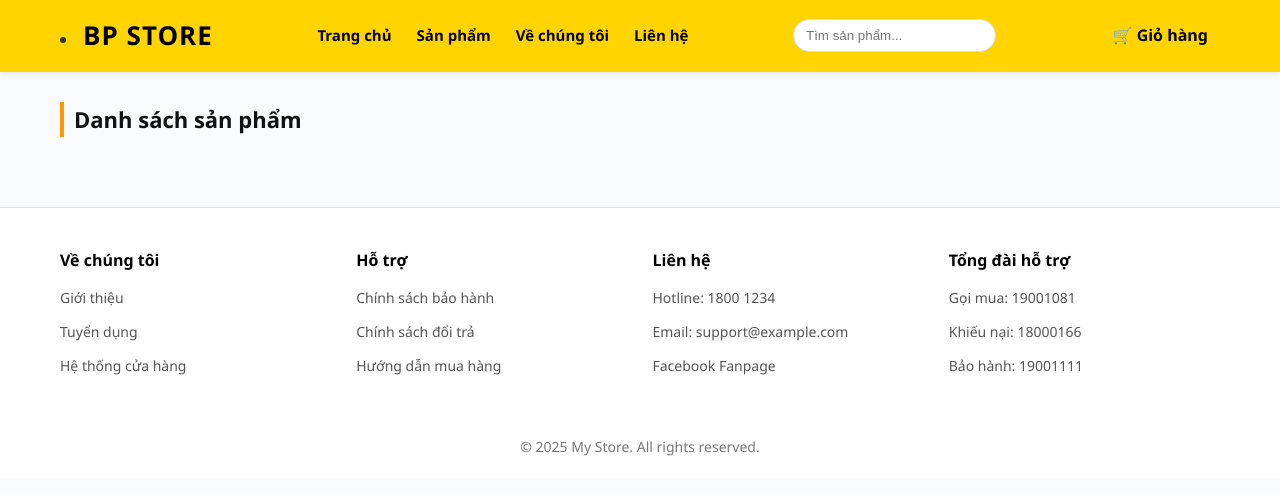
Repository: binhphanbp/WEB2064_JavaScript-Advanced_WD20305
Page: lesson/lesson7/Lab2.1/products.html
The author's editor kept a copy of each file at every save. The page is drawn from the files as they stood at one save, then again after the next save.
The browser window is 1280 px wide. The pictures show the whole page.
The page's requests for data from a server got no answer.

Above is the page before, as saved 2025-10-01 12:44:52.

### lesson/lesson7/Lab2.1/products.html
<!DOCTYPE html>
<html lang="vi">
  <head>
    <meta charset="UTF-8" />
    <meta name="viewport" content="width=device-width, initial-scale=1.0" />
    <title>Tất cả sản phẩm - My Store</title>
    <link rel="stylesheet" href="style.css" />
  </head>
  <body>
    <!-- Header -->
    <header>
      <div class="container">
        <li class="logo"><a href="index.html">BP Store</a></li>
        <nav>
          <ul>
            <li><a href="index.html">Trang chủ</a></li>
            <li><a href="products.html">Sản phẩm</a></li>
            <li><a href="#">Về chúng tôi</a></li>
            <li><a href="#">Liên hệ</a></li>
          </ul>
        </nav>
        <div class="search-box">
          <input type="text" placeholder="Tìm sản phẩm..." />
        </div>
        <div class="cart">🛒 Giỏ hàng</div>
      </div>
    </header>

    <!-- Danh sách sản phẩm -->
    <section class="container">
      <h2>Danh sách sản phẩm</h2>
      <div id="all-product" class="products">
        <!-- JS sẽ render các product card -->
      </div>
    </section>

    <!-- Footer -->
    <footer>
      <div class="container">
        <div>
          <h4>Về chúng tôi</h4>
          <ul>
            <li><a href="#">Giới thiệu</a></li>
            <li><a href="#">Tuyển dụng</a></li>
            <li><a href="#">Hệ thống cửa hàng</a></li>
          </ul>
        </div>
        <div>
          <h4>Hỗ trợ</h4>
          <ul>
            <li><a href="#">Chính sách bảo hành</a></li>
            <li><a href="#">Chính sách đổi trả</a></li>
            <li><a href="#">Hướng dẫn mua hàng</a></li>
          </ul>
        </div>
        <div>
          <h4>Liên hệ</h4>
          <ul>
            <li><a href="#">Hotline: 1800 1234</a></li>
            <li><a href="#">Email: support@example.com</a></li>
            <li><a href="#">Facebook Fanpage</a></li>
          </ul>
        </div>
        <div>
          <h4>Tổng đài hỗ trợ</h4>
          <ul>
            <li><a href="#">Gọi mua: 19001081</a></li>
            <li><a href="#">Khiếu nại: 18000166</a></li>
            <li><a href="#">Bảo hành: 19001111</a></li>
          </ul>
        </div>
        <div class="copyright">© 2025 My Store. All rights reserved.</div>
      </div>
    </footer>

    <script src="main.js"></script>
  </body>
</html>

### lesson/lesson7/Lab2.1/style.css
/* Reset & base */
* {
  margin: 0;
  padding: 0;
  box-sizing: border-box;
}

body {
  font-family: 'Segoe UI', Tahoma, Geneva, Verdana, sans-serif;
  background: #f9fafb;
  color: #333;
  line-height: 1.6;
}

/* Container */
.container {
  max-width: 1200px;
  margin: 0 auto;
  padding: 0 20px;
}

/* Header */
header {
  background: #ffd400;
  padding: 15px 0;
  position: sticky;
  top: 0;
  z-index: 1000;
  box-shadow: 0 2px 6px rgba(0, 0, 0, 0.08);
}

header .container {
  display: flex;
  justify-content: space-between;
  align-items: center;
  flex-wrap: wrap;
}

.logo a {
  text-decoration: none;
  list-style: none;
  font-size: 26px;
  font-weight: bold;
  color: #000;
  text-transform: uppercase;
  letter-spacing: 1px;
}

nav ul {
  list-style: none;
  display: flex;
  gap: 25px;
}

nav ul li a {
  text-decoration: none;
  color: #000;
  font-weight: 600;
  font-size: 15px;
  transition: color 0.3s;
}

nav ul li a:hover {
  color: #e67e22;
}

.search-box input {
  padding: 8px 12px;
  border: 1px solid #ddd;
  border-radius: 25px;
  outline: none;
  transition: all 0.3s;
}

.search-box input:focus {
  border-color: #ff9800;
  box-shadow: 0 0 6px rgba(255, 152, 0, 0.3);
}

.cart {
  font-weight: 600;
  color: #000;
  cursor: pointer;
  display: flex;
  align-items: center;
  gap: 5px;
  padding: 6px 12px;
  border-radius: 20px;
  transition: background 0.3s;
}

.cart:hover {
  background: rgba(0, 0, 0, 0.05);
}

/* Banner */
.banner img {
  width: 100%;
  border-radius: 10px;
  margin: 25px 0;
  object-fit: cover;
}

/* Section title */
h2 {
  font-size: 22px;
  margin: 30px 0 20px;
  color: #111;
  font-weight: 700;
  border-left: 4px solid #ff9800;
  padding-left: 10px;
}

/* Products */
.products {
  display: grid;
  grid-template-columns: repeat(auto-fit, minmax(240px, 1fr));
  gap: 25px;
}

.product {
  background: #fff;
  border-radius: 10px;
  padding: 20px;
  text-align: center;
  border: 1px solid #eee;
  transition: all 0.3s ease;
  cursor: pointer;
}

.product:hover {
  box-shadow: 0 8px 20px rgba(0, 0, 0, 0.08);
  transform: translateY(-5px);
}

.product img {
  width: 100%;
  max-height: 180px;
  object-fit: contain;
  margin-bottom: 12px;
  transition: transform 0.3s;
}

.product:hover img {
  transform: scale(1.05);
}

.product h4 {
  font-size: 16px;
  font-weight: 600;
  height: 42px;
  margin-bottom: 8px;
  color: #333;
}

.product .price {
  font-weight: bold;
  color: #e67e22;
  margin-bottom: 12px;
  font-size: 16px;
}

.product button {
  padding: 10px 16px;
  border: none;
  border-radius: 25px;
  font-size: 14px;
  margin: 5px;
  cursor: pointer;
  transition: all 0.3s ease;
}

.buy-now {
  background: #ff9800;
  color: #fff;
}

.buy-now:hover {
  background: #e68900;
}

.add-cart {
  background: #333;
  color: #fff;
}

.add-cart:hover {
  background: #000;
}

/* Footer */
footer {
  background: #fff;
  border-top: 1px solid #ddd;
  padding: 40px 0 20px;
  margin-top: 50px;
}

footer .container {
  display: grid;
  grid-template-columns: repeat(auto-fit, minmax(220px, 1fr));
  gap: 25px;
}

footer h4 {
  font-size: 16px;
  margin-bottom: 12px;
  color: #000;
  font-weight: 700;
}

footer ul {
  list-style: none;
  padding: 0;
  margin: 0;
}

footer ul li {
  margin-bottom: 8px;
}

footer ul li a {
  text-decoration: none;
  color: #555;
  font-size: 14px;
  transition: color 0.3s;
}

footer ul li a:hover {
  color: #e67e22;
}

.copyright {
  grid-column: 1 / -1;
  text-align: center;
  margin-top: 25px;
  font-size: 14px;
  color: #777;
}

/* Responsive */
@media (max-width: 768px) {
  nav ul {
    gap: 15px;
  }

  .search-box input {
    width: 150px;
  }

  h2 {
    font-size: 20px;
  }
}

@media (max-width: 480px) {
  header .container {
    flex-direction: column;
    gap: 10px;
  }

  nav ul {
    flex-wrap: wrap;
    justify-content: center;
  }

  .products {
    grid-template-columns: repeat(auto-fit, minmax(180px, 1fr));
  }
}

### lesson/lesson7/Lab2.1/main.js
const content = document.getElementById('content');


//class sản phẩm
class Product {
    constructor(id, name, price, image, category, hot, description) {
        this.id = id;
        this.name = name;
        this.price = price;
        this.image = image;
        this.category = category;
        this.hot = hot;
        this.description = description;
    }
    render() {
        return `
            <div class="product">
            <img src="${this.image}" alt="${this.name}">
            <h4>${this.name}</h4>
            <p class="price">${this.price.toLocaleString()} đ</p>
            <button class="buy-now">Mua Ngay</button>
            <button class="add-cart">Thêm giỏ hàng</button>
            </div>
        `
    }
}

//Show trang chủ
const productHot = document.getElementById('product-hot');
const productPhone = document.getElementById('product-phone');
const productLaptop = document.getElementById('product-laptop');
if(productHot){
    fetch('http://localhost:3000/products')
    .then(response => response.json())
    .then(data => {
        console.log(data);
        //Show mảng data vào trong thẻ content
        const dataHot = data.filter(p => p.hot == true);
        const dataLaptop = data.filter(p => p.category === "laptop");
        const dataPhone = data.filter(p => p.category === "điện thoại");
        // Show sản phẩm nổi bật
        let html = "";
        dataHot.forEach((item) => {
            const product = new Product(
                item.id,
                item.name,
                item.price,
                item.image,
                item.category,
                item.hot,
                item.description
            )
            html += product.render();
        })
        productHot.innerHTML = html;
        ;
        // Show sản phẩm laptop
        html = "";
        dataLaptop.forEach((item) => {
            const product = new Product(
                item.id,
                item.name,
                item.price,
                item.image,
                item.category,
                item.hot,
                item.description
            )
            html += product.render();
        })
        productLaptop.innerHTML = html;
        // show sản phẩm điện thoại
        html = "";
        dataPhone.forEach((item) => {
            const product = new Product(
                item.id,
                item.name,
                item.price,
                item.image,
                item.category,
                item.hot,
                item.description
            )
            html += product.render();
        })
        productPhone.innerHTML = html;
    })
}

// show trang sản phẩm
const productAll = document.getElementById('all-product');
if(productAll){
        fetch('http://localhost:3000/products')
    .then(response => response.json())
    .then(data => {
        console.log(data);
        // Show sản phẩm nổi bật
        let html = "";
        data.forEach((item) => {
            const product = new Product(
                item.id,
                item.name,
                item.price,
                item.image,
                item.category,
                item.hot,
                item.description
            )
            html += product.render();
        })
        productAll.innerHTML = html;
        ;

    })
}

After the next save:
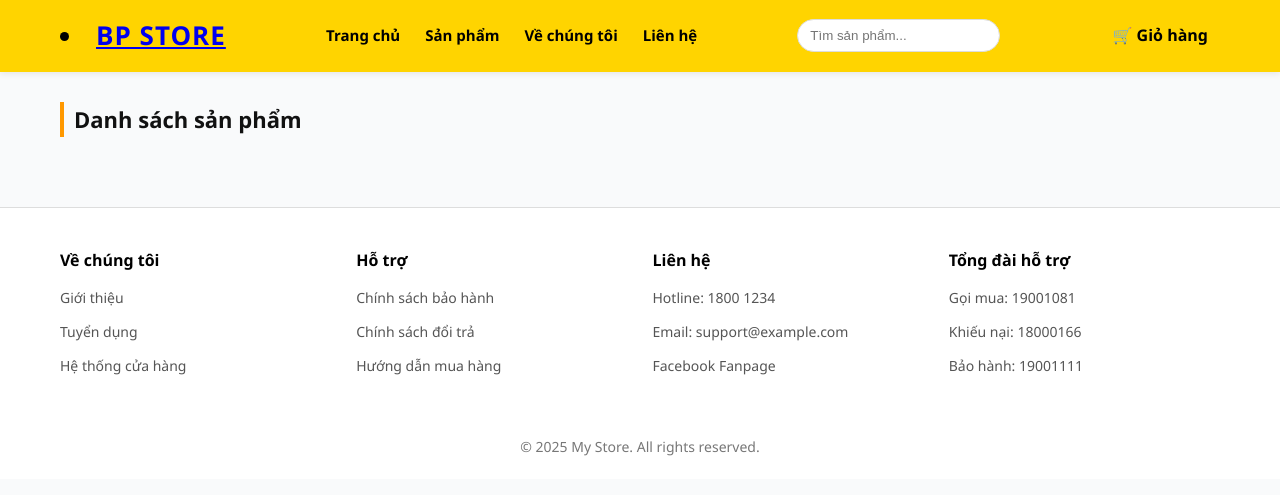
Saved 11 s later.
--- a/lesson/lesson7/Lab2.1/style.css
+++ b/lesson/lesson7/Lab2.1/style.css
@@ -36,9 +36,7 @@
   flex-wrap: wrap;
 }
 
-.logo a {
-  text-decoration: none;
-  list-style: none;
+.logo {
   font-size: 26px;
   font-weight: bold;
   color: #000;
@@ -60,14 +58,15 @@
   transition: color 0.3s;
 }
 
-nav ul li a:hover {
+nav ul li a:hover,
+nav ul li a.active {
   color: #e67e22;
 }
 
 .search-box input {
   padding: 8px 12px;
   border: 1px solid #ddd;
-  border-radius: 25px;
+  border-radius: 20px;
   outline: none;
   transition: all 0.3s;
 }
@@ -160,16 +159,21 @@
   font-size: 16px;
 }
 
+/* Buttons */
 .product button {
-  padding: 10px 16px;
+  padding: 10px 18px;
   border: none;
-  border-radius: 25px;
+  border-radius: 6px;
   font-size: 14px;
-  margin: 5px;
+  margin: 6px 4px;
   cursor: pointer;
+  font-weight: 600;
   transition: all 0.3s ease;
-}
-
+  display: inline-block;
+  width: 100%;
+}
+
+/* Nút Mua ngay */
 .buy-now {
   background: #ff9800;
   color: #fff;
@@ -177,8 +181,10 @@
 
 .buy-now:hover {
   background: #e68900;
-}
-
+  transform: translateY(-2px);
+}
+
+/* Nút Thêm giỏ hàng */
 .add-cart {
   background: #333;
   color: #fff;
@@ -186,6 +192,7 @@
 
 .add-cart:hover {
   background: #000;
+  transform: translateY(-2px);
 }
 
 /* Footer */

After the save that followed:
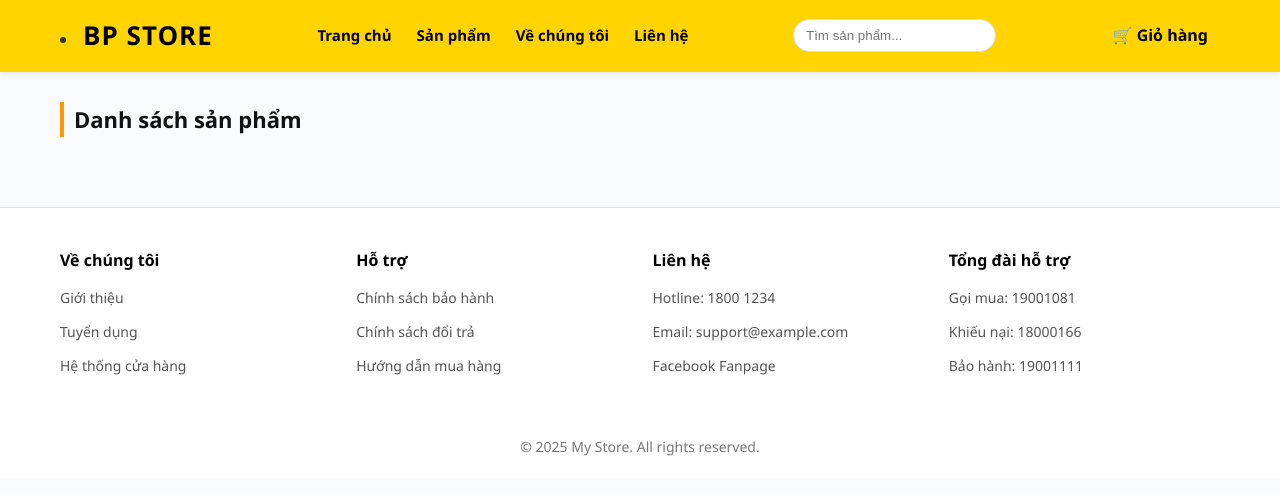
Saved 9 s later.
--- a/lesson/lesson7/Lab2.1/style.css
+++ b/lesson/lesson7/Lab2.1/style.css
@@ -36,7 +36,9 @@
   flex-wrap: wrap;
 }
 
-.logo {
+.logo a {
+  text-decoration: none;
+  list-style: none;
   font-size: 26px;
   font-weight: bold;
   color: #000;
